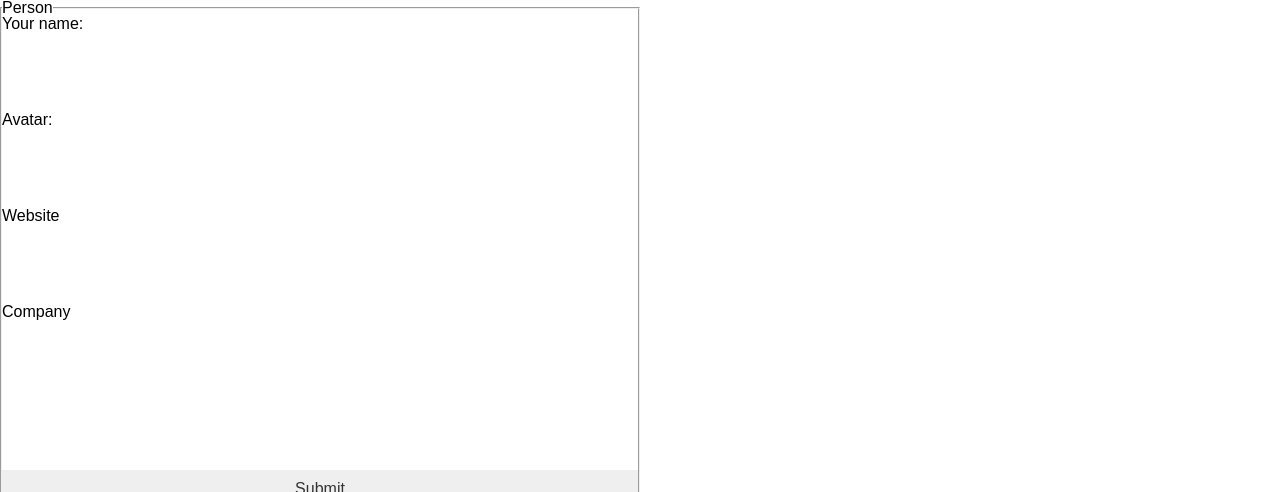
Repository: nttthao9/management
Page: index.html
These files come from the project's save history. The page is drawn as it stood at one moment and after the next save; the edit follows.
The browser window is 1280 px wide. The pictures show the part of the page from y = 0 to 492 px (the page is 1019 px tall before and 1001 px after).
Pictures or frames that could not be fetched are drawn as grey boxes.

Above is the page before, as saved 2021-10-13 09:35:40.

After the next save:
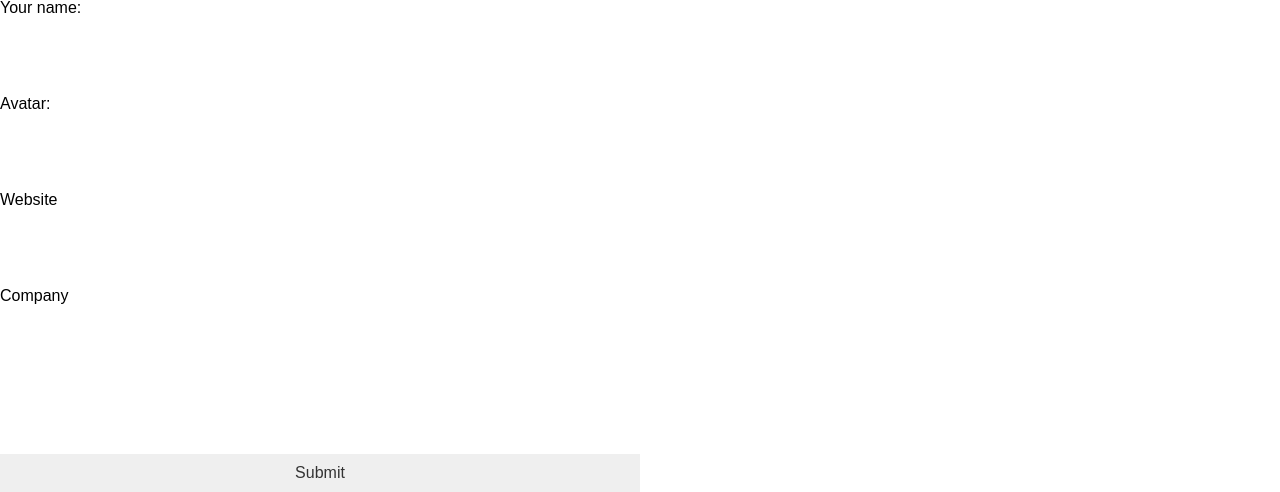
Saved 5 min 28 s later.
--- a/index.html
+++ b/index.html
@@ -11,19 +11,17 @@
 
 <body>
   <form action="" id="form">
-    <fieldset>
-      <legend>Person</legend>
-      <label for="name">Your name:</label>
-      <input type="text" id="name" name="name"><br><br>
-      <label for="avatar">Avatar:</label>
-      <input type="text" id="avatar" name="avatar"><br><br>
-      <label for="link-web">Website</label>
-      <input type="link-web" id="link-web" name="link-web"><br><br>
-      <label for="company">Company</label>
-      <input type="text" id="company-name" name="company-name"><br><br>
-      <input type="text" id="company-address" name="company-address"><br><br>
-      <input type="submit" value="Submit">
-    </fieldset>
+
+    <label for="name">Your name:</label>
+    <input type="text" id="name" name="name"><br><br>
+    <label for="avatar">Avatar:</label>
+    <input type="text" id="avatar" name="avatar"><br><br>
+    <label for="link-web">Website</label>
+    <input type="link-web" id="link-web" name="link-web"><br><br>
+    <label for="company">Company</label>
+    <input type="text" id="company-name" name="company-name"><br><br>
+    <input type="text" id="company-address" name="company-address"><br><br>
+    <input type="submit" value="Submit">
   </form>
   <div class="manage">
     <div class="manage-image">
